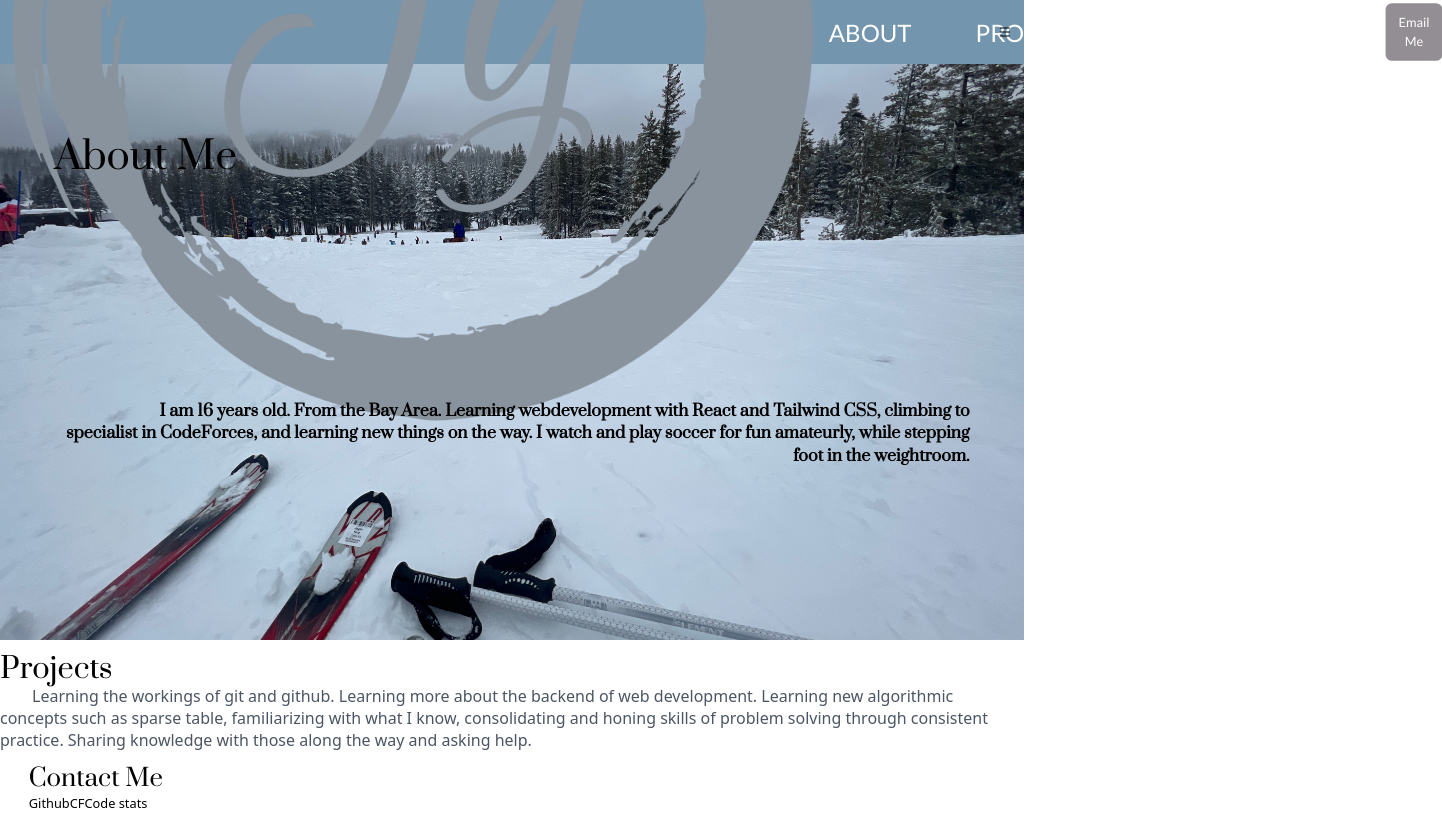
Repository: joshuayanggithub/joshua-yang-website
Page: /
These files come from the project's save history. The page is drawn as it stood at one moment and after the next save; the edit follows.
The browser window is 1280 px wide. The page is 1803 px wide, then 1280 px, so the pictures cover 1803 px, including what lies to the right of the window. The pictures show the whole page, at 80% of full size.
Some web fonts or font styles are not loaded; a fallback is used. The project was rebuilt for these pictures with package versions that can differ from the ones it lists, and the page was loaded fresh each time.

Above is the page before, as saved 2023-01-09 12:08:40.

### public/index.html
<!DOCTYPE html>
<html lang="en">
  <head>
    <meta charset="utf-8" />
    <link rel="icon" href="%PUBLIC_URL%/favicon.ico" />
    <meta name="viewport" content="width=device-width, initial-scale=1" />
    <meta name="theme-color" content="#000000" />
    <meta
      name="description"
      content="Web site created using create-react-app"
    />
    <link rel="apple-touch-icon" href="%PUBLIC_URL%/logo192.png" />
    <!--
      manifest.json provides metadata used when your web app is installed on a
      user's mobile device or desktop. See https://developers.google.com/web/fundamentals/web-app-manifest/
    -->
    <link rel="manifest" href="%PUBLIC_URL%/manifest.json" />
    <!--
      Notice the use of %PUBLIC_URL% in the tags above.
      It will be replaced with the URL of the `public` folder during the build.
      Only files inside the `public` folder can be referenced from the HTML.

      Unlike "/favicon.ico" or "favicon.ico", "%PUBLIC_URL%/favicon.ico" will
      work correctly both with client-side routing and a non-root public URL.
      Learn how to configure a non-root public URL by running `npm run build`.
    -->
    <title>Joshua Yang</title>
  </head>
  <body>
    <noscript>You need to enable JavaScript to run this app.</noscript>
    <div id="root"></div>
    <!--
      This HTML file is a template.
      If you open it directly in the browser, you will see an empty page.

      You can add webfonts, meta tags, or analytics to this file.
      The build step will place the bundled scripts into the <body> tag.

      To begin the development, run `npm start` or `yarn start`.
      To create a production bundle, use `npm run build` or `yarn build`.
    -->
  </body>
</html>

### src/index.css
@import url('https://fonts.googleapis.com/css2?family=Lato:ital,wght@0,100;0,300;0,400;0,700;0,900;1,100;1,400;1,700;1,900&display=swap');

@import url('https://fonts.googleapis.com/css2?family=Prata&display=swap');

@import url('https://fonts.googleapis.com/css2?family=Sofia&display=swap');

@tailwind base;
@tailwind components;
@tailwind utilities;

### src/App.js
import NavBar from "./components/NavBar";
import About from "./components/About";
import Contacts from "./components/Contacts";
import Setup from "./components/Setup";
import Projects from "./components/Projects";

function App() {
  return (
    <>
      <NavBar />
      <About />
      <Projects />
      <Setup />
      <Contacts />
    </>
  );
}

export default App;

### src/components/NavBar.jsx
import React, {useState} from "react";
import {AiOutlineMenu,AiOutlineClose} from 'react-icons/ai'
import Button from './Button'

const NavBar = () => {
  const [nav, setNav] = useState(true) //react hooks!

  const toggleNav = () => {
    setNav(!nav)
  }

  const links = [
    {'id': 1, 'name': 'About'},
    {'id': 2, 'name': 'Projects'},
    {'id': 3, 'name': 'Setup'},
    {'id': 4, 'name': 'Links'}
  ]

  const closeButton = (
    <div><AiOutlineClose> size={100}</AiOutlineClose></div>
  )

  const menuButton = (
    <div><AiOutlineMenu> size={100} </AiOutlineMenu></div>
  )

  return (
    <div class="md:flex flex-row bg-sasskyblue w-full justify-between items-center h-20 mr-auto px-4">

      <div class="hidden md:flex items-center w-full">
        <img src="/imgs/logo-no-background.png" class="object-contain width-auto "></img> {/*rounded-full transition-shadow ease-in-out duration-300 shadow-none hover:shadow-2xl*/}
        <ul class="hidden md:flex gap-10 w-9/12">
          {
            links.map((link) =>
              <li key={link.id} class="">
                <a href='#About' class="text-3xl text-white px-5 hover:bg-sasnavyblue hover:font-bold duration-300 uppercase font-navheader">{link.name}</a>
              </li>
            )
          }
        </ul>
        <Button> Email Me </Button>
      </div>

      <div class={!nav ? 'fixed left-0 top-0 w-[30%] h-full border-r border-r-gray-600 bg-sasnavyblue ease-in duration-1000' : "fixed hidden"}>
        <h1 class="font-cursive text-5xl font-bold text-blue-200 m-10">Jy.</h1>
        <ul class="p-4">
          {
            links.map((link) =>
              <li key={link.id} class="p-4 border-b border-b-gray-400">
                <a href='#About' class="text-2xl text-white p-5 hover:bg-sasnavyblue hover:font-bold duration-300 uppercase font-navheader">{link.name}</a>
              </li>
            )
          }
        </ul>
      </div>
      <div onClick={toggleNav}>
        {nav ? menuButton: null}
      </div>
      <div onClick={toggleNav}>
        {nav ? null : closeButton }
      </div>
    </div>
  );
};

export default NavBar;

### src/components/About.jsx
import React from 'react'

const About = () => {
  return (
    <div class="h-screen py-10 px-5" style={{backgroundImage: "url(/imgs/snow_background.jpg)",  height: '100vh', width: "100vw", backgroundRepeat: "no-repeat",  backgroundPosition: 'left', backgroundSize: 'cover',}}>
      <h1 class="py-10 px-8 my-3 mx-4 text-black font-pageheader text-5xl max-w-4xl">About Me</h1>
      <p class="py-40 justify-between px-8 my-20 mx-4 indent-10 text-black text-xl font-pageheader font-extrabold text-end" >I am 16 years old. From the Bay Area. Learning webdevelopment with React and Tailwind CSS, climbing to specialist in CodeForces, and learning new things on the way. I watch and play soccer for fun amateurly, while stepping foot in the weightroom. </p>
    </div>
  );
}

export default About

### src/components/Contacts.jsx
import React from 'react'

const Contacts = () => {
  return (
    <div class="mx-5 px-4">
      <h1 class="text-3xl font-pageheader ">Contact Me</h1>
      <a href="https://github.com/joshuayanggithub">Github</a>
      <a href="https://codeforces.com/profile/JoshuaYang">CF</a>
      <a href="https://wakatime.com/@joshuayang">Code stats</a>
    </div>
  );
}

export default Contacts

### src/components/Setup.jsx
import React from 'react'

const Setup = () => {
  return (
    <div>

    </div>
  );
}

export default Setup

### src/components/Projects.jsx
import React from 'react'

const Projects = () => {
  return (
    <div class="my-4">
      <h1 class="text-black text-4xl font-pageheader">Projects</h1>
      <p class="indent-10 text-gray-600 text-xl">
        Learning the workings of git and github. Learning more about the backend of web development. Learning new algorithmic concepts such as sparse table, familiarizing with what I know,  consolidating and honing skills of problem solving through consistent practice. Sharing knowledge with those along the way and asking help.
      </p>
    </div>
  );
}

export default Projects

### src/components/Button.jsx
import React from "react";

const Button = (props) => {
  return (
    <button class="bg-sasgrey text-white font-navheader py-3  px-4 mx-3 rounded-lg">
      {props.children}
    </button>
  );
}

export default Button

### tailwind.config.js
/** @type {import('tailwindcss').Config} */
module.exports = {
  content: [
    "./src/components/*.{html,js,jsx}",
    "./src/**/*.{html,js,jsx}",
  ],
  theme: {
    screens: {
      'sm': '640px',
      // => @media (min-width: 640px) { ... }

      'md': '768px',
      // => @media (min-width: 768px) { ... }

      'lg': '1024px',
      // => @media (min-width: 1024px) { ... }

      'xl': '1280px',
      // => @media (min-width: 1280px) { ... }

      '2xl': '1536px',
      // => @media (min-width: 1536px) { ... }
    },
    extend: {
      colors: {
        'sasblack':'#5D5C61',
        'sasgrey': '#938e93',
        'sasskyblue': '#7395AE',
        'sasnavyblue': '#557A95',
        'sasgold':'#B1A296',
      }
    },
    fontFamily: {
      navheader: ['Lato',],
      pageheader: ['Prata',],
      cursive:['Sofia'],
    },
  },
  plugins: [],
}

Loaded but not shown: src/index.js (common file)

After the next save:
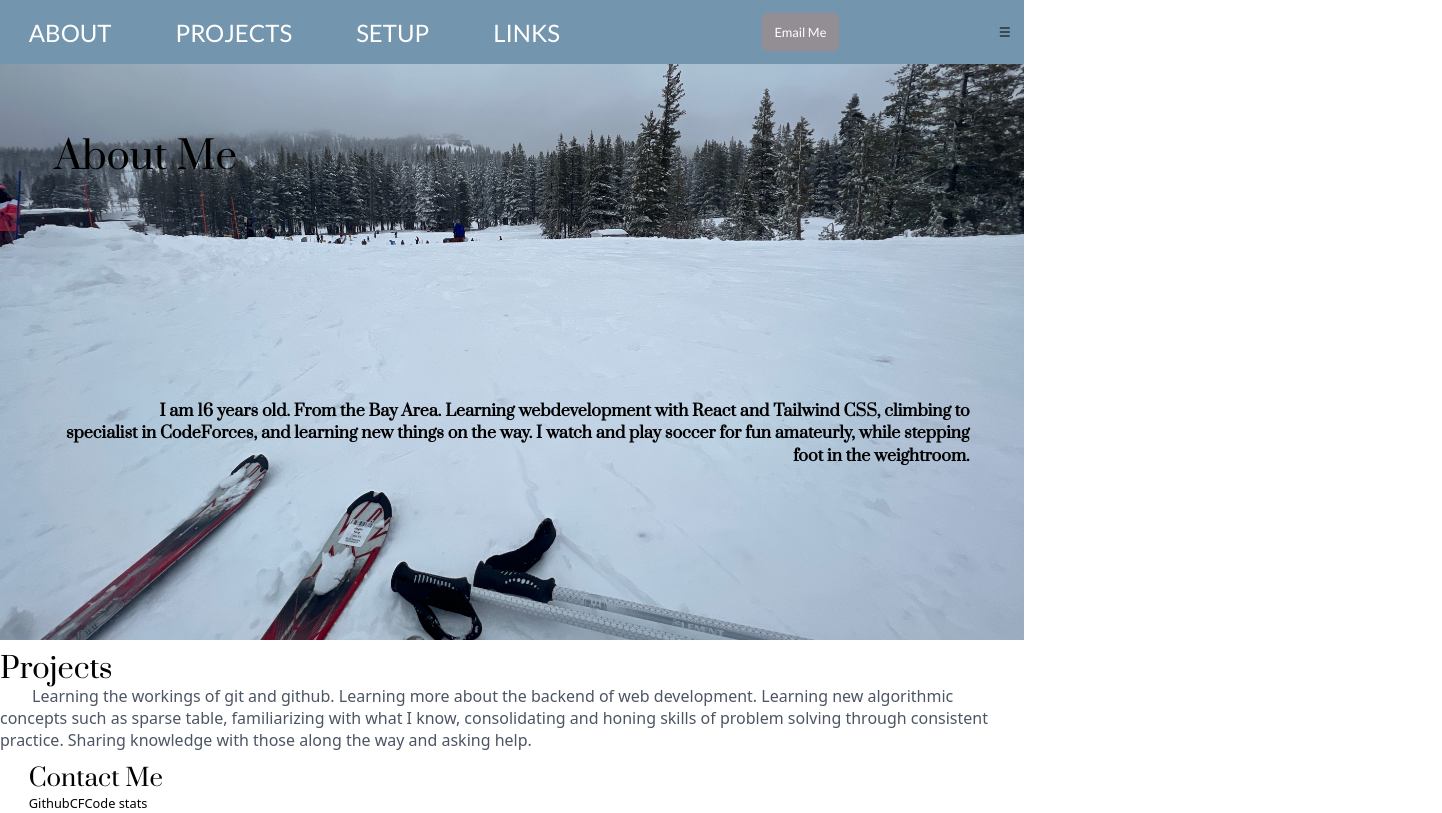
Saved 6 s later.
--- a/src/components/NavBar.jsx
+++ b/src/components/NavBar.jsx
@@ -28,7 +28,7 @@ const NavBar = () => {
     <div class="md:flex flex-row bg-sasskyblue w-full justify-between items-center h-20 mr-auto px-4">
 
       <div class="hidden md:flex items-center w-full">
-        <img src="/imgs/logo-no-background.png" class="object-contain width-auto "></img> {/*rounded-full transition-shadow ease-in-out duration-300 shadow-none hover:shadow-2xl*/}
+        {/*rounded-full transition-shadow ease-in-out duration-300 shadow-none hover:shadow-2xl*/}
         <ul class="hidden md:flex gap-10 w-9/12">
           {
             links.map((link) =>
